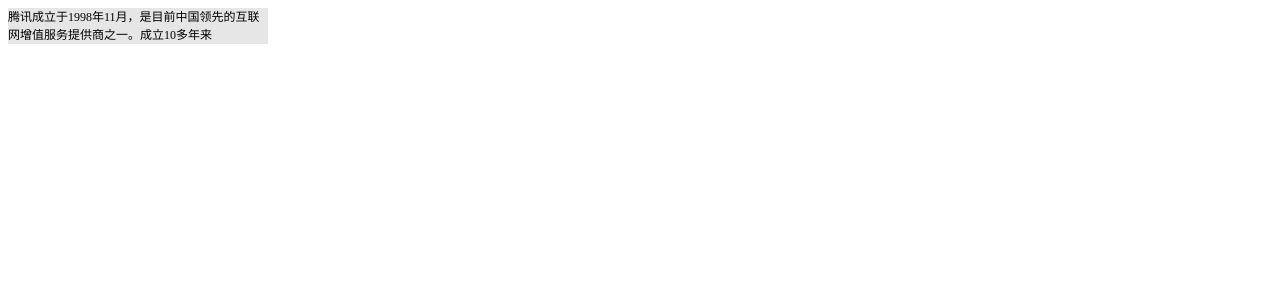
Repository: WAY-C/JSCodes
Page: 笔面试题/编程题/实现超出两行的文本省略并统计顿号分隔开人名个数/index.html
An editor plug-in stored every save of this project. The page is shown before and after the next save, followed by the edit.
The browser window is 1280 px wide. The pictures show the whole page.

Above is the page before, as saved 2021-09-12 12:39:02.

### 笔面试题/编程题/实现超出两行的文本省略并统计顿号分隔开人名个数/index.html
<!DOCTYPE html>
<html>

<body>
    <style>
        /*
     * 行高 h
     * 最大行数 n
     * ...更多容器的宽 w
     * 字号 f
     */

        /* @-webkit-keyframes width-change {

            0%,
            100% {
                width: 320px
            }

            50% {
                width: 260px
            }
        } */

        .ellipsis {
            position: relative;
            background: rgb(230, 230, 230);
            width: 260px;
            max-height: 36px;
            /* h*n */
            line-height: 18px;
            /* h */
            overflow: hidden;
            /* -webkit-animation: width-change 8s ease infinite; */
        }

        .ellipsis-container {
            position: relative;
            display: -webkit-box;
            -webkit-box-orient: vertical;
            -webkit-line-clamp: 2;
            /* n */
            font-size: 50px;
            /* w */
            color: transparent;
        }

        .ellipsis-content {
            color: #000;
            display: inline;
            vertical-align: top;
            font-size: 12px;
            /* f */
        }

        .ellipsis-ghost {
            position: absolute;
            z-index: 1;
            top: 0;
            left: 50%;
            width: 100%;
            height: 100%;
            color: #000;
        }

        .ellipsis-ghost:before {
            content: "";
            display: block;
            float: right;
            width: 50%;
            height: 100%;
        }

        .ellipsis-placeholder {
            content: "";
            display: block;
            float: right;
            width: 50%;
            height: 36px;
            /* h*n */
        }

        .ellipsis-more {
            position: relative;
            float: right;
            font-size: 12px;
            /* f */
            width: 50px;
            /* w */
            height: 18px;
            /* h */
            margin-top: -18px;
            /* -h */
        }

    </style>
    <div class="ellipsis">
        <div class="ellipsis-container">
            <div class="ellipsis-content">
                腾讯成立于1998年11月，是目前中国领先的互联网增值服务提供商之一。成立10多年来，腾讯一直秉承“一切以用户价值为依归”的经营理念，为亿级海量用户提供稳定优质的各类服务，始终处于稳健发展状态。2004年6月16日，腾讯控股有限公司在香港联交所主板公开上市(股票代号700)。
            </div>
            <div class="ellipsis-ghost">
                <div class="ellipsis-placeholder"></div>
                <div class="ellipsis-more">...更多</div>
            </div>
        </div>
    </div>
</body>

</html>

After the next save:
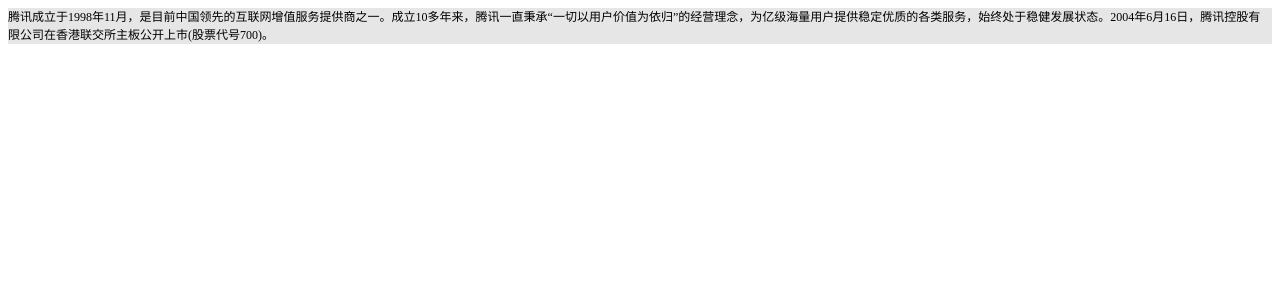
Saved 89 s later.
--- a/笔面试题/编程题/实现超出两行的文本省略并统计顿号分隔开人名个数/index.html
+++ b/笔面试题/编程题/实现超出两行的文本省略并统计顿号分隔开人名个数/index.html
@@ -25,7 +25,7 @@
         .ellipsis {
             position: relative;
             background: rgb(230, 230, 230);
-            width: 260px;
+            /* width: 260px; */
             max-height: 36px;
             /* h*n */
             line-height: 18px;
